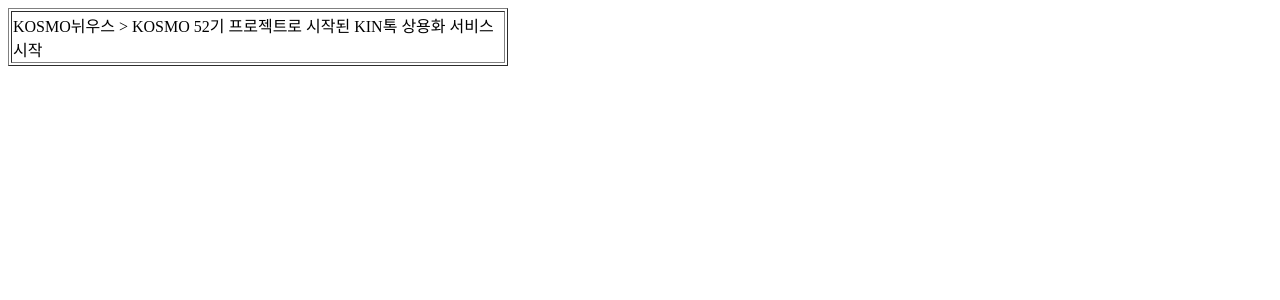
Repository: 8kosmo/workspace_script
Page: http://localhost/dev_html/ajax/news/newsData.jsp
An editor plug-in stored every save of this project. The page is shown before and after the next save, followed by the edit.
The browser window is 1280 px wide. The pictures show the whole page.
The page is served by Tomcat 9.

Above is the page before, as saved 2019-07-03 02:59:17.

After the next save:
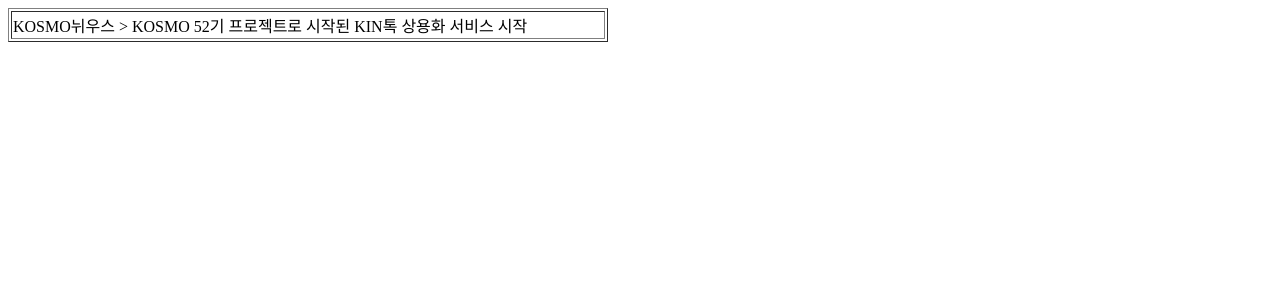
Saved 18 s later.
--- a/dev_html/WebContent/ajax/news/newsData.jsp
+++ b/dev_html/WebContent/ajax/news/newsData.jsp
@@ -4,7 +4,7 @@
 	int x = 1;
 	public String newsList(String news[]){
 		StringBuilder sb = new StringBuilder();
-		sb.append("<table width = '500px' border='1'>");
+		sb.append("<table width = '600px' border='1'>");
 		sb.append("<tr><td>"+news[0]+" > "+news[1]+"</td></tr>");
 		sb.append("</table>");
 		return sb.toString();
